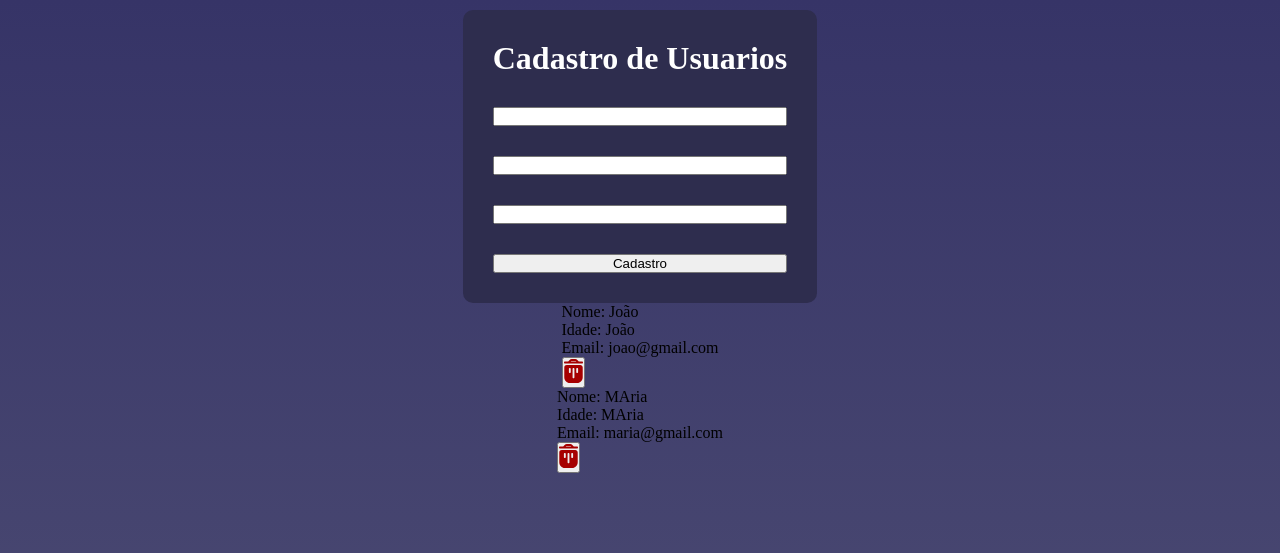
Repository: Rubenslourenco/api-react-node
Page: / (app in devclub-cadastro/)
An editor plug-in stored every save of this project. The page is shown before and after the next save, followed by the edit.
The browser window is 1280 px wide. The pictures show the whole page.
The project was rebuilt for these pictures with package versions that can differ from the ones it lists, and the page was loaded fresh each time. Also part of the build but not shown: devclub-cadastro/vite.config.js.

Above is the page before, as saved 2025-01-27 10:26:44.

After the next save:
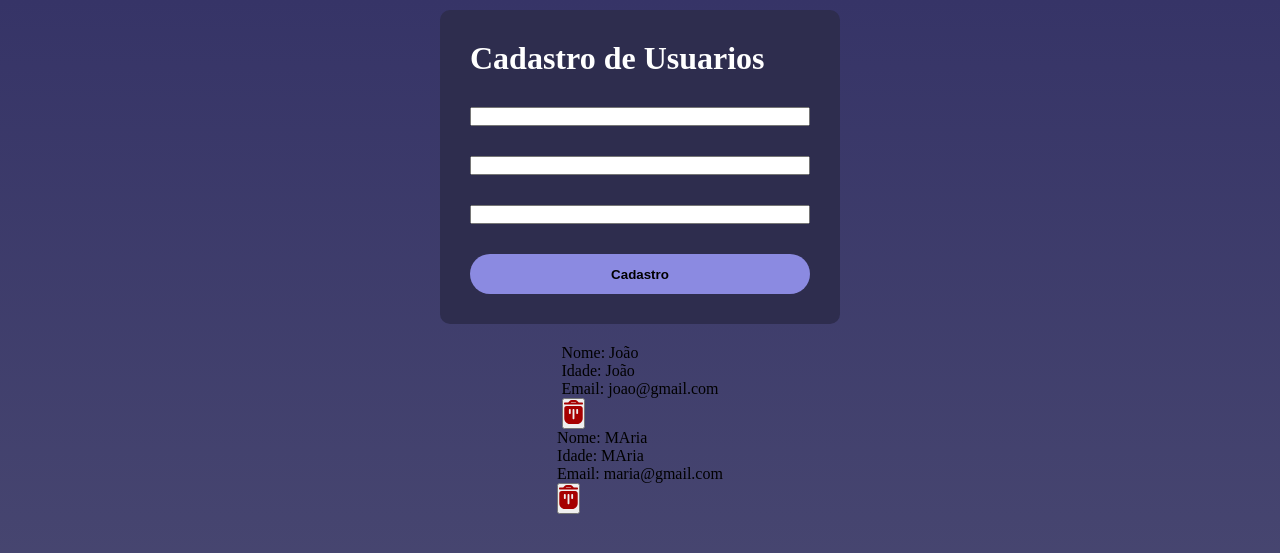
Saved 2 min 37 s later.
--- a/devclub-cadastro/src/pages/Home/style.css
+++ b/devclub-cadastro/src/pages/Home/style.css
@@ -17,4 +17,15 @@ form {
   padding: 30px;
   border-radius: 10px;
   background-color: #2e2d4e;
+  max-width: 50%px;
+  width: 400px;
+  margin-bottom: 20px;
+
+  & button {
+    border-radius: 30px;
+    background-color: #8b8ae1;
+    height: 40px;
+    border: none;
+    font-weight: bold;
+  }
 }
